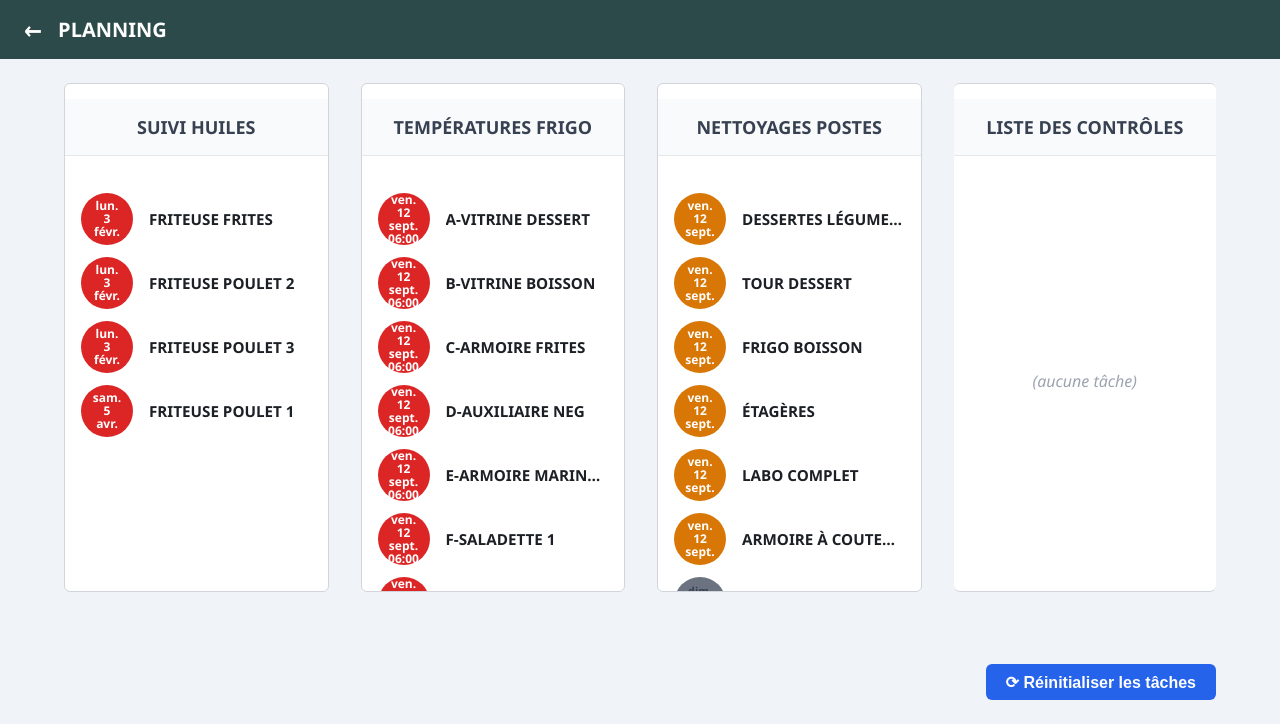
Repository: koko11-11/ePackPro
Page: project/main/planning.html
These files come from the project's save history. The page is drawn as it stood at one moment and after the next save; the edit follows.
The browser window is 1280 px wide. The pictures show the whole page.

Above is the page before, as saved 2025-09-16 04:58:45.

### project/main/planning.html
<!DOCTYPE html>
<html lang="fr">
<head>
  <meta charset="UTF-8" />
  <meta name="viewport" content="width=device-width, initial-scale=1" />
  <title>Planning</title>
  <style>
    /* Reset & base */
    * {
      box-sizing: border-box;
    }
    body {
      margin: 0;
      font-family: 'Segoe UI', Tahoma, Geneva, Verdana, sans-serif;
      background-color: #f0f4f8;
      color: #1c2025; /* text-foreground */
      -webkit-font-smoothing: antialiased;
      -moz-osx-font-smoothing: grayscale;
    }
    header {
      background-color: #2c4a4a; /* a teal shade similar to top bar */
      padding: 1rem 1.5rem;
      color: white; /* text-primary */
      display: flex;
      align-items: center;
      gap: 1rem;
      font-weight: 600;
      font-size: 1.25rem;
      user-select: none;
    }
    header .back-arrow {
      cursor: pointer;
      font-weight: bold;
      font-size: 1.5rem;
      line-height: 1;
    }

    main {
      display: flex;
      gap: 2rem;
      padding: 1.5rem;
      max-width: 1200px;
      margin: 0 auto 3rem;
    }

    section {
      flex: 1;
      background-color: white; /* bg-background */
      border: 1px solid #d1d5db; /* border-border */
      border-radius: 0.375rem;
      min-width: 0;
      display: flex;
      flex-direction: column;
    }
    section h2 {
      padding: 1rem 1rem;
      font-weight: 700;
      font-size: 1.125rem;
      border-bottom: 1px solid #e5e7eb;
      text-align: center;
      background-color: #f9fafb; /* bg-muted */
      color: #374151; /* text-muted-foreground */
      user-select: none;
    }

    ul.task-list {
      list-style: none;
      margin: 0;
      padding: 1rem;
      overflow-y: auto;
      max-height: 420px;
    }

    li.task {
      display: flex;
      align-items: center;
      gap: 1rem;
      padding: 0.375rem 0;
    }

    .circle-date {
      flex-shrink: 0;
      width: 52px;
      height: 52px;
      border-radius: 50%;
      color: white;
      font-size: 0.75rem;
      font-weight: 700;
      display: flex;
      flex-direction: column;
      justify-content: center;
      text-align: center;
      line-height: 1.1;
      user-select: none;
    }
    /* Red circles style */
    .circle-red {
      background-color: #dc2626; /* destructive */
    }
    /* Orange/Yellow circles style */
    .circle-yellow {
      background-color: #d97706; /* accent */
    }
    .circle-light {
      background-color: #6b7280; /* muted foreground for gray-ish circle */
      color: #374151;
      font-weight: 600;
      font-size: 0.68rem;
    }

    .task-text {
      font-weight: 600;
      font-size: 0.95rem;
      white-space: nowrap;
      overflow: hidden;
      text-overflow: ellipsis;
    }

    /* Empty section with minimal border */
    section.list-empty {
      border-left: none;
      border-right: none;
    }

    footer {
      max-width: 1200px;
      margin: 0 auto 1.5rem;
      padding: 0 1.5rem;
      display: flex;
      justify-content: flex-end;
      user-select: none;
    }
    button.reset-btn {
      background-color: #2563eb; /* primary */
      border: none;
      color: white;
      font-weight: 600;
      font-size: 1rem;
      padding: 0.55rem 1.25rem;
      border-radius: 0.375rem;
      cursor: pointer;
      display: flex;
      gap: 0.5rem;
      align-items: center;
      transition: background-color 0.2s ease;
    }
    button.reset-btn:hover {
      background-color: #1e40af;
    }

    /* Responsive */
    @media (max-width: 768px) {
      main {
        flex-direction: column;
        gap: 1.5rem;
      }
      section {
        min-width: 100%;
      }
      ul.task-list {
        max-height: 300px;
      }
    }
  </style>
</head>
<body>
  <header>
    <div class="back-arrow" role="button" aria-label="Retour">←</div>
    PLANNING
  </header>

  <main>
    <!-- Column 1 -->
    <section aria-label="Suivi des huiles">
      <h2>SUIVI HUILES</h2>
      <ul class="task-list" id="oilTasks">
        <li class="task">
          <div class="circle-date circle-red" aria-label="Date Lundi 3 février">lun.<br>3<br>févr.</div>
          <div class="task-text">FRITEUSE FRITES</div>
        </li>
        <li class="task">
          <div class="circle-date circle-red" aria-label="Date Lundi 3 février">lun.<br>3<br>févr.</div>
          <div class="task-text">FRITEUSE POULET 2</div>
        </li>
        <li class="task">
          <div class="circle-date circle-red" aria-label="Date Lundi 3 février">lun.<br>3<br>févr.</div>
          <div class="task-text">FRITEUSE POULET 3</div>
        </li>
        <li class="task">
          <div class="circle-date circle-red" aria-label="Date Samedi 5 avril">sam.<br>5<br>avr.</div>
          <div class="task-text">FRITEUSE POULET 1</div>
        </li>
      </ul>
    </section>

    <!-- Column 2 -->
    <section aria-label="Températures Frigo">
      <h2>TEMPÉRATURES FRIGO</h2>
      <ul class="task-list" id="fridgeTasks">
        <li class="task">
          <div class="circle-date circle-red" aria-label="Date Vendredi 12 septembre 06:00">ven.<br>12<br>sept.<br>06:00</div>
          <div class="task-text">A-VITRINE DESSERT</div>
        </li>
        <li class="task">
          <div class="circle-date circle-red" aria-label="Date Vendredi 12 septembre 06:00">ven.<br>12<br>sept.<br>06:00</div>
          <div class="task-text">B-VITRINE BOISSON</div>
        </li>
        <li class="task">
          <div class="circle-date circle-red" aria-label="Date Vendredi 12 septembre 06:00">ven.<br>12<br>sept.<br>06:00</div>
          <div class="task-text">C-ARMOIRE FRITES</div>
        </li>
        <li class="task">
          <div class="circle-date circle-red" aria-label="Date Vendredi 12 septembre 06:00">ven.<br>12<br>sept.<br>06:00</div>
          <div class="task-text">D-AUXILIAIRE NEG</div>
        </li>
        <li class="task">
          <div class="circle-date circle-red" aria-label="Date Vendredi 12 septembre 06:00">ven.<br>12<br>sept.<br>06:00</div>
          <div class="task-text">E-ARMOIRE MARINADES 1</div>
        </li>
        <li class="task">
          <div class="circle-date circle-red" aria-label="Date Vendredi 12 septembre 06:00">ven.<br>12<br>sept.<br>06:00</div>
          <div class="task-text">F-SALADETTE 1</div>
        </li>
        <li class="task">
          <div class="circle-date circle-red" aria-label="Date Vendredi 12 septembre 06:00">ven.<br>12<br>sept.<br>06:00</div>
          <div class="task-text">G-SALADETTE 2</div>
        </li>
        <li class="task">
          <div class="circle-date circle-red" aria-label="Date Vendredi 12 septembre 06:00">ven.<br>12<br>sept.<br>06:00</div>
          <div class="task-text">H-ARMOIRE MARINADES 2</div>
        </li>
      </ul>
    </section>

    <!-- Column 3 -->
    <section aria-label="Nettoyages Postes">
      <h2>NETTOYAGES POSTES</h2>
      <ul class="task-list" id="cleaningTasks">
        <li class="task">
          <div class="circle-date circle-yellow" aria-label="Date Vendredi 12 septembre">ven.<br>12<br>sept.</div>
          <div class="task-text">DESSERTES LÉGUMES X2</div>
        </li>
        <li class="task">
          <div class="circle-date circle-yellow" aria-label="Date Vendredi 12 septembre">ven.<br>12<br>sept.</div>
          <div class="task-text">TOUR DESSERT</div>
        </li>
        <li class="task">
          <div class="circle-date circle-yellow" aria-label="Date Vendredi 12 septembre">ven.<br>12<br>sept.</div>
          <div class="task-text">FRIGO BOISSON</div>
        </li>
        <li class="task">
          <div class="circle-date circle-yellow" aria-label="Date Vendredi 12 septembre">ven.<br>12<br>sept.</div>
          <div class="task-text">ÉTAGÈRES</div>
        </li>
        <li class="task">
          <div class="circle-date circle-yellow" aria-label="Date Vendredi 12 septembre">ven.<br>12<br>sept.</div>
          <div class="task-text">LABO COMPLET</div>
        </li>
        <li class="task">
          <div class="circle-date circle-yellow" aria-label="Date Vendredi 12 septembre">ven.<br>12<br>sept.</div>
          <div class="task-text">ARMOIRE À COUTEAUX</div>
        </li>
        <li class="task">
          <div class="circle-date circle-light" aria-label="Date Dimanche 14 septembre">dim.<br>14<br>sept.</div>
          <div class="task-text">MURS CUISINE</div>
        </li>
      </ul>
    </section>

    <!-- Column 4 -->
    <section aria-label="Liste des contrôles" class="list-empty">
      <h2>LISTE DES CONTRÔLES</h2>
      <div style="flex-grow: 1; display: flex; justify-content: center; align-items: center; color: #9ca3af; font-style: italic; user-select: none;">
        (aucune tâche)
      </div>
    </section>
  </main>

  <footer>
    <button class="reset-btn" id="resetBtn" aria-label="Réinitialiser les tâches">
      ⟳ Réinitialiser les tâches
    </button>
  </footer>

  <script>
    // Save the initial tasks from the DOM for reset later
    const oilTasksContainer = document.getElementById('oilTasks');
    const fridgeTasksContainer = document.getElementById('fridgeTasks');
    const cleaningTasksContainer = document.getElementById('cleaningTasks');

    const initialOilTasks = oilTasksContainer.innerHTML;
    const initialFridgeTasks = fridgeTasksContainer.innerHTML;
    const initialCleaningTasks = cleaningTasksContainer.innerHTML;

    // Reset button event to clear then reload original tasks
    document.getElementById('resetBtn').addEventListener('click', () => {
      // For demo: simply restores initial HTML, can be extended to real reset logic if needed
      oilTasksContainer.innerHTML = initialOilTasks;
      fridgeTasksContainer.innerHTML = initialFridgeTasks;
      cleaningTasksContainer.innerHTML = initialCleaningTasks;
    });

    // Back arrow event (just goes back in history for demo)
    document.querySelector('.back-arrow').addEventListener('click', () => {
      window.history.back();
    });
  </script>
</body>
</html>

Loaded but not shown: project/main/styles.css (686 lines, source omitted)

After the next save:
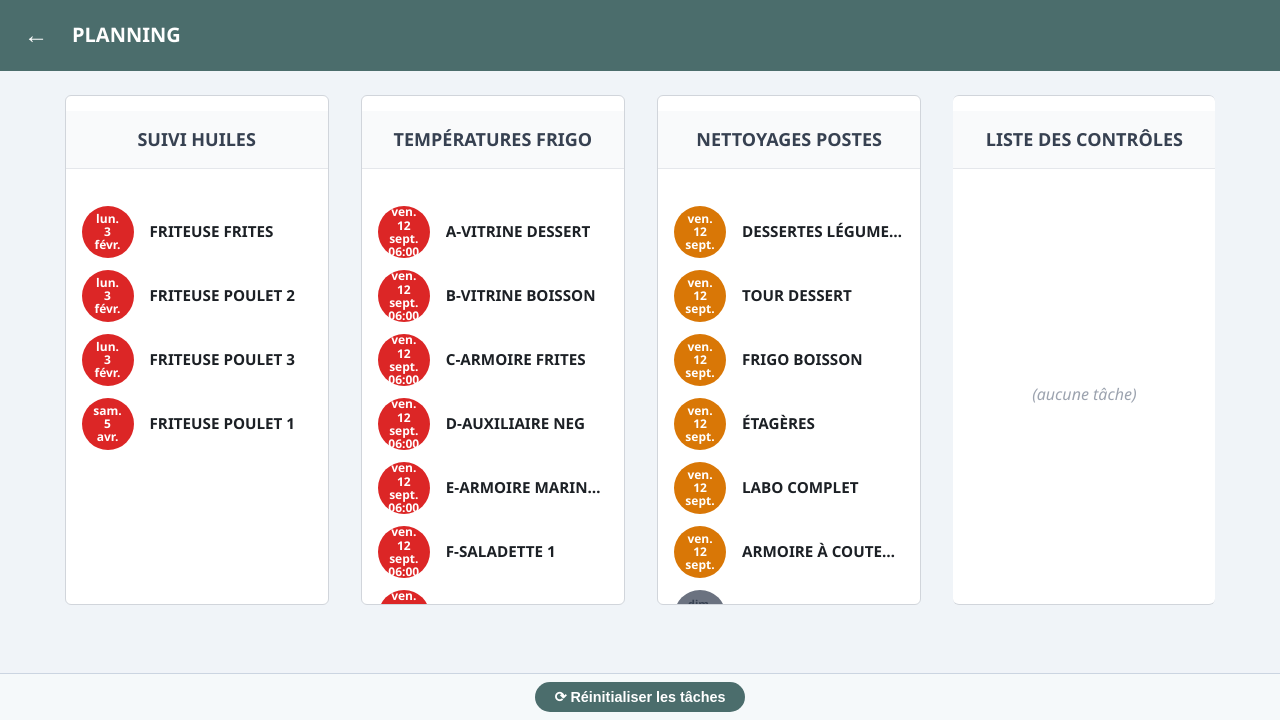
Console error: TypeError: Cannot read properties of null (reading 'addEventListener')
Saved 8 min 22 s later.
--- a/project/main/planning.html
+++ b/project/main/planning.html
@@ -4,6 +4,7 @@
   <meta charset="UTF-8" />
   <meta name="viewport" content="width=device-width, initial-scale=1" />
   <title>Planning</title>
+    <link rel="stylesheet" href="styles.css" />
   <style>
     /* Reset & base */
     * {
@@ -17,24 +18,6 @@
       -webkit-font-smoothing: antialiased;
       -moz-osx-font-smoothing: grayscale;
     }
-    header {
-      background-color: #2c4a4a; /* a teal shade similar to top bar */
-      padding: 1rem 1.5rem;
-      color: white; /* text-primary */
-      display: flex;
-      align-items: center;
-      gap: 1rem;
-      font-weight: 600;
-      font-size: 1.25rem;
-      user-select: none;
-    }
-    header .back-arrow {
-      cursor: pointer;
-      font-weight: bold;
-      font-size: 1.5rem;
-      line-height: 1;
-    }
-
     main {
       display: flex;
       gap: 2rem;
@@ -120,32 +103,6 @@
     section.list-empty {
       border-left: none;
       border-right: none;
-    }
-
-    footer {
-      max-width: 1200px;
-      margin: 0 auto 1.5rem;
-      padding: 0 1.5rem;
-      display: flex;
-      justify-content: flex-end;
-      user-select: none;
-    }
-    button.reset-btn {
-      background-color: #2563eb; /* primary */
-      border: none;
-      color: white;
-      font-weight: 600;
-      font-size: 1rem;
-      padding: 0.55rem 1.25rem;
-      border-radius: 0.375rem;
-      cursor: pointer;
-      display: flex;
-      gap: 0.5rem;
-      align-items: center;
-      transition: background-color 0.2s ease;
-    }
-    button.reset-btn:hover {
-      background-color: #1e40af;
     }
 
     /* Responsive */
@@ -164,11 +121,10 @@
   </style>
 </head>
 <body>
-  <header>
-    <div class="back-arrow" role="button" aria-label="Retour">←</div>
-    PLANNING
+      <header class="header">
+    <button id="backToPage1" class="back-button" aria-label="Retour">&#8592;</button>
+    <h1 class="page-title">  PLANNING</h1>
   </header>
-
   <main>
     <!-- Column 1 -->
     <section aria-label="Suivi des huiles">
@@ -276,13 +232,17 @@
     </section>
   </main>
 
-  <footer>
-    <button class="reset-btn" id="resetBtn" aria-label="Réinitialiser les tâches">
-      ⟳ Réinitialiser les tâches
-    </button>
-  </footer>
+  <div class="bottom-bar">
+    <button id="terminerBtn" class="btn-terminer" > ⟳ Réinitialiser les tâches</button>
+  </div>
+
 
   <script>
+
+      // زر الرجوع للصفحة الأولى
+  backToPage1.addEventListener('click', () => {
+    window.location.href = 'tracabilite.html'; // العودة إلى الصفحة الأولى
+  });
     // Save the initial tasks from the DOM for reset later
     const oilTasksContainer = document.getElementById('oilTasks');
     const fridgeTasksContainer = document.getElementById('fridgeTasks');
